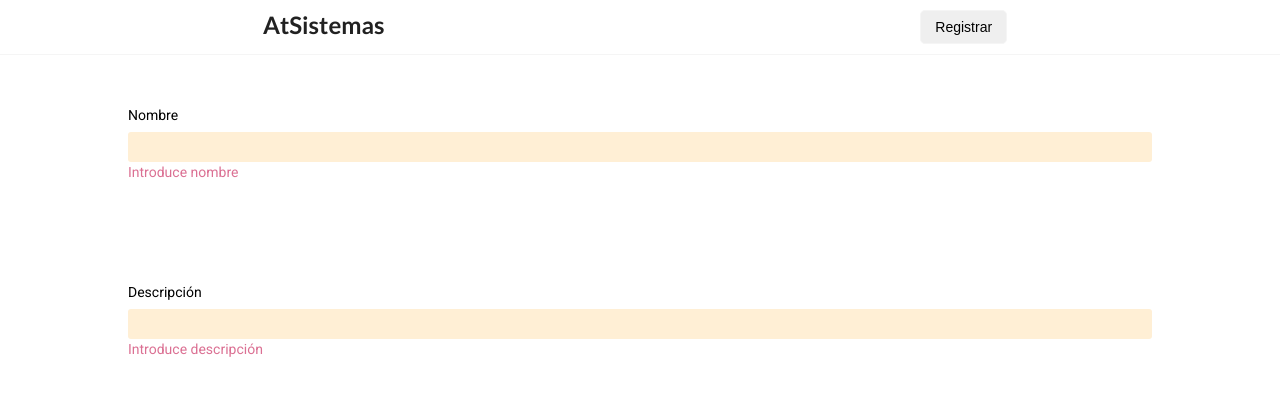
Repository: banchiec/atsistemas
Page: /site/register-site
The author's editor kept a copy of each file at every save. The page is drawn from the files as they stood at one save, then again after the next save.
The browser window is 1280 px wide. The pictures show the whole page.
The project was rebuilt for these pictures with package versions that can differ from the ones it lists, and the page was loaded fresh each time. Also part of the build but not shown: src/components/SiteCard/SiteCard.js, src/redux/actions/sitesActions.js, src/screens/SiteScreen/SiteScreen.js, src/screens/SiteDetailsScreen/SiteDetailsScreen.js.

Above is the page before, as saved 2022-08-16 14:16:23.

After the next save:
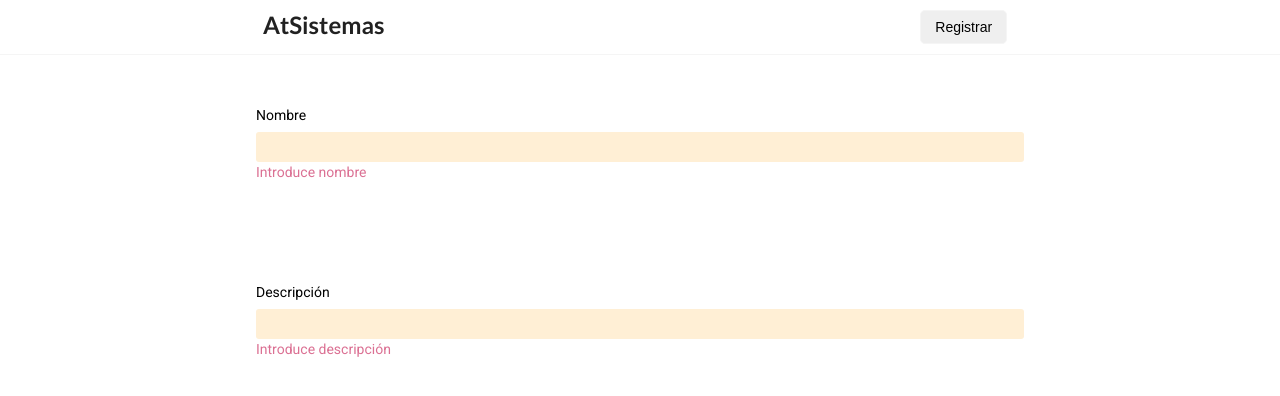
Saved 4 s later.
--- a/src/screens/RegisterSiteScreen/registerSiteScreenStyled.js
+++ b/src/screens/RegisterSiteScreen/registerSiteScreenStyled.js
@@ -9,7 +9,7 @@ export const ContainerRegisterSiteScreen = styled.div`
 export const FormControl = styled.div`
 	color: palevioletred;
 	display: block;
-	width: 80%;
+	width: 60%;
 	margin: 50px auto;
 `
 export const Label = styled.label`
